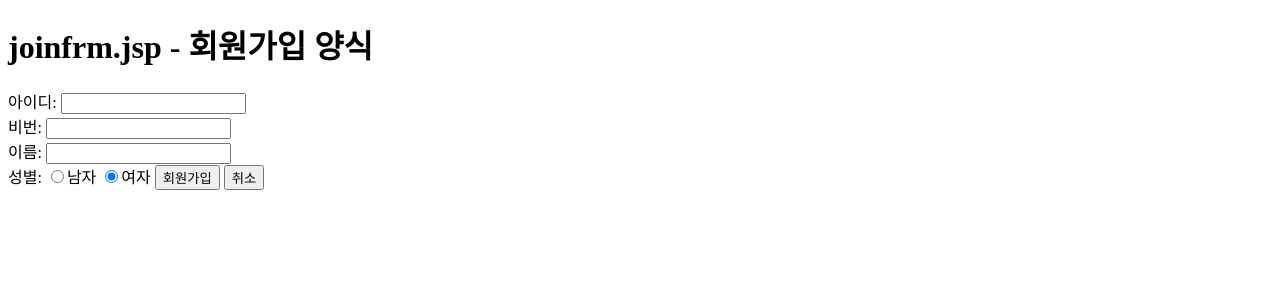
Repository: SouthSea0613/401_Unauthorized_java
Page: http://localhost/401_Unauthorized1204/joinfrm
These files come from the project's save history. The page is drawn as it stood at one moment and after the next save; the edit follows.
The browser window is 1280 px wide. The pictures show the whole page.
The page is served by Tomcat 9. Other server files are loaded and not shown.

Above is the page before, as saved 2024-12-04 05:57:53.

### 401_Unauthorized1204/src/main/webapp/joinfrm.jsp
<%@ page language="java" contentType="text/html; charset=UTF-8"
    pageEncoding="UTF-8"%>
<!DOCTYPE html>
<html>
<head>
<meta charset="UTF-8">
<title>Insert title here</title>
</head>
<body>
<h1>joinfrm.jsp - 회원가입 양식</h1>
<form action="./join" method="post">
	아이디: <input type="text" name="username"><br>
	비번: <input type="password" name="userpw"><br>
	이름: <input type="text" name="irum"><br>
	성별: <input type="radio" name="gender" value="남자">남자
		 <input type="radio" name="gender" value="여자" checked>여자
		 <button>회원가입</button>
		 <button type="reset">취소</button>
</form>
</body>
</html>

### 401_Unauthorized1204/src/main/java/controller/MemberController.java
package controller;

import java.io.IOException;
import javax.servlet.ServletException;
import javax.servlet.annotation.WebServlet;
import javax.servlet.http.HttpServlet;
import javax.servlet.http.HttpServletRequest;
import javax.servlet.http.HttpServletResponse;


@WebServlet({"/main", "/joinfrm", "/join", "/login", "/logout"})  // "/" 로 main은 못 감 _ 기본적으로 서블릿(default servlet(정적))이 쓰고있음
public class MemberController extends HttpServlet {
	private static final long serialVersionUID = 1L;

    @Override
    protected void service(HttpServletRequest req, HttpServletResponse resp) throws ServletException, IOException {
    	String cmd = req.getServletPath();
    	System.out.println("cmd="+cmd);

    	//회원관리 서비스 클래스
    	MemberService mSer = new MemberService(req, resp);


    	String path = null;
    	switch(cmd) {

    	case "/joinfrm":
    		//회원가입 창 열기전에 인증확인
    		path = "joinfrm.jsp";
    		break;

    	case "/join":
    		//DB에 회원가입 하기
    		path = mSer.join(); //회원가입 성공: loginfrm.jsp , 실패: joinfrm.jsp
    		break;
    	}

    	//포워딩
    	req.getRequestDispatcher(path).forward(req, resp);
    }
}

### 401_Unauthorized1204/src/main/java/service/MemberService.java
package controller;

import javax.servlet.http.HttpServletRequest;
import javax.servlet.http.HttpServletResponse;

public class MemberService {
	HttpServletRequest req;
	HttpServletResponse resq;

	public MemberService(HttpServletRequest req, HttpServletResponse resp) {
		this.req=req;
		this.resq=resp;
	}

	public String join() {

		return null;
	}

}

After the next save:
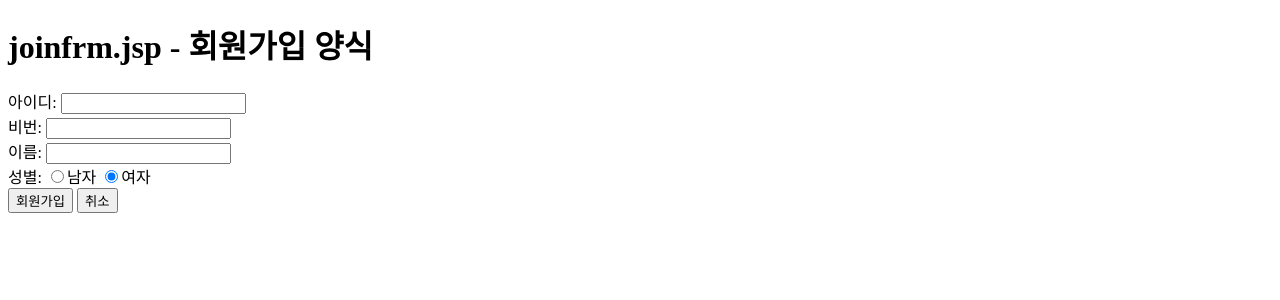
Saved 27 s later.
--- a/401_Unauthorized1204/src/main/webapp/joinfrm.jsp
+++ b/401_Unauthorized1204/src/main/webapp/joinfrm.jsp
@@ -13,7 +13,7 @@
 	비번: <input type="password" name="userpw"><br>
 	이름: <input type="text" name="irum"><br>
 	성별: <input type="radio" name="gender" value="남자">남자
-		 <input type="radio" name="gender" value="여자" checked>여자
+		 <input type="radio" name="gender" value="여자" checked>여자<br>
 		 <button>회원가입</button>
 		 <button type="reset">취소</button>
 </form>
